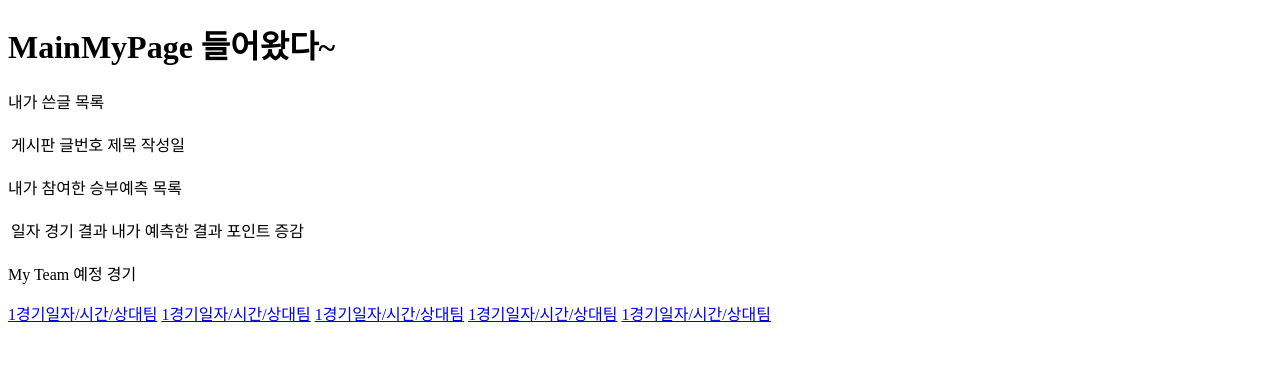
Repository: banana1531/ggs
Page: http://localhost/ggs/WEB-INF/views/myPage/mainMypage.jsp
The author's editor kept a copy of each file at every save. The page is drawn from the files as they stood at one save, then again after the next save.
The browser window is 1280 px wide. The pictures show the whole page.
The page is served by Tomcat 9. Nobody is signed in. The template is opened directly, without the code that normally fills it, so the values that code supplies are empty.

Above is the page before, as saved 2020-07-04 06:55:47.

After the next save:
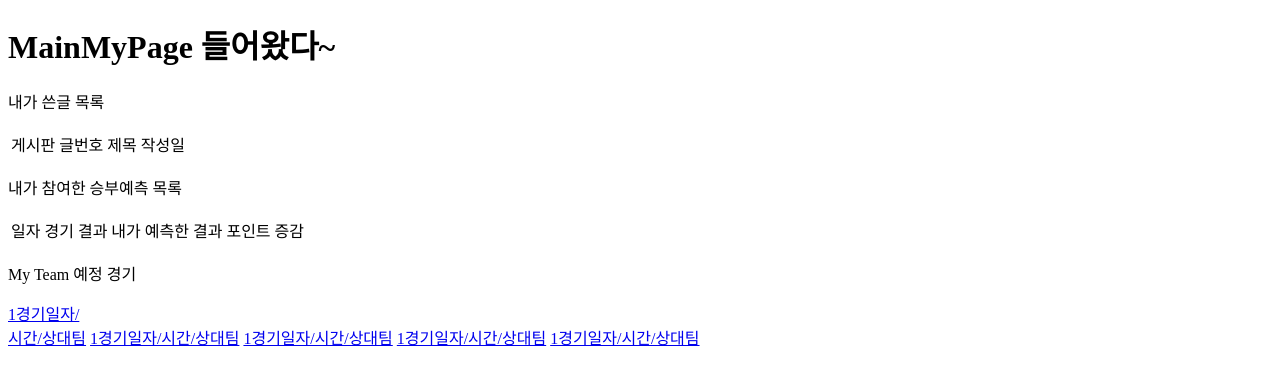
Saved 37 s later.
--- a/99s/ggs/src/main/webapp/WEB-INF/views/myPage/mainMypage.jsp
+++ b/99s/ggs/src/main/webapp/WEB-INF/views/myPage/mainMypage.jsp
@@ -43,7 +43,7 @@
 	<div class="container">
 		<p>My Team 예정 경기</p>
 		  <div class="btn-group btn-group-justified">
-			    <a href="#" class="btn btn-primary btn-lg">1경기일자/시간/상대팀</a>
+			    <a href="#" class="btn btn-primary btn-lg">1경기일자/<br/>시간/상대팀</a>
 			    <a href="#" class="btn btn-primary">1경기일자/시간/상대팀</a>
 			    <a href="#" class="btn btn-primary">1경기일자/시간/상대팀</a>
 			    <a href="#" class="btn btn-primary">1경기일자/시간/상대팀</a>
